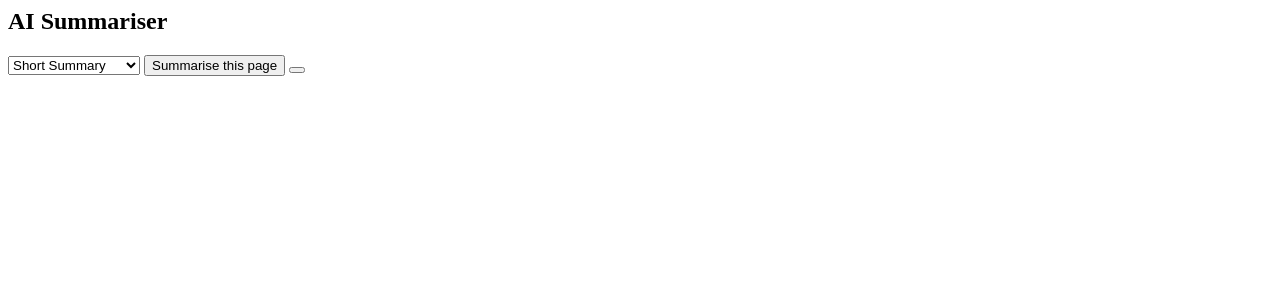
Repository: hisana-nazeer/AI-Summariser
Page: popup.html
An editor plug-in stored every save of this project. The page is shown before and after a run of saves, followed by the edit.
The browser window is 1280 px wide. The pictures show the whole page.

Above is the page before, as saved 2025-09-22 13:23:07.

After the next 5 saves:
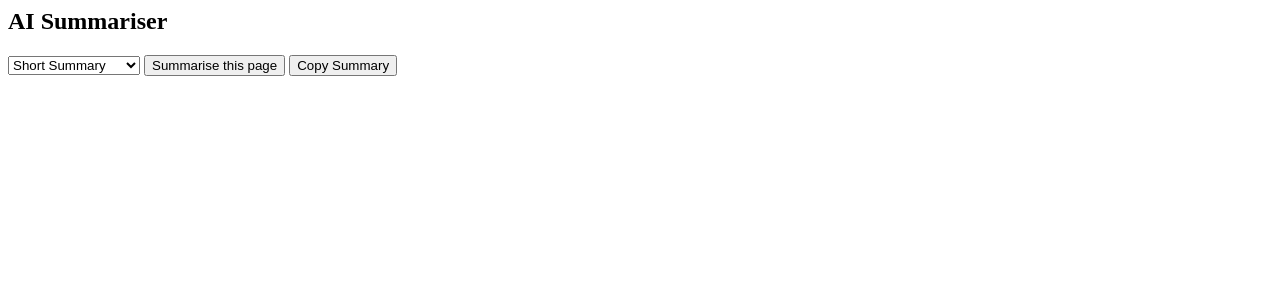
The 5 saves are shown as one change because they came seconds apart.
The last was saved 15 s later.
--- a/popup.html
+++ b/popup.html
@@ -8,7 +8,7 @@
             <option value="bullet-points">Bullet Points</option>
         </select>
         <button id="summarise-button">Summarise this page</button>
-        <button id=""
+        <button id="copy-btn">Copy Summary</button>
        </div>
      </body>
 </html>
